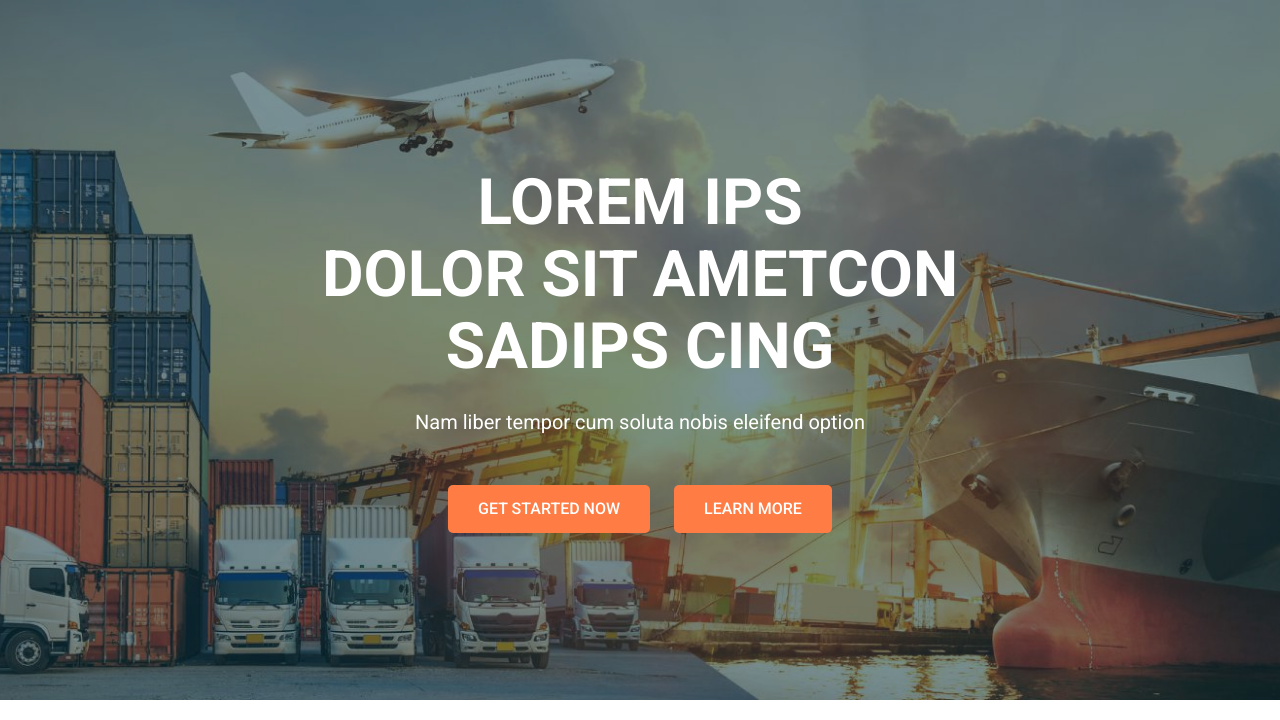
Repository: nazmulalok/shipping-template
Page: index.html
These files come from the project's save history. The page is drawn as it stood at one moment and after the next save; the edit follows.
The browser window is 1280 px wide. The pictures show the whole page.

Above is the page before, as saved 2022-10-03 01:47:47.

After the next save:
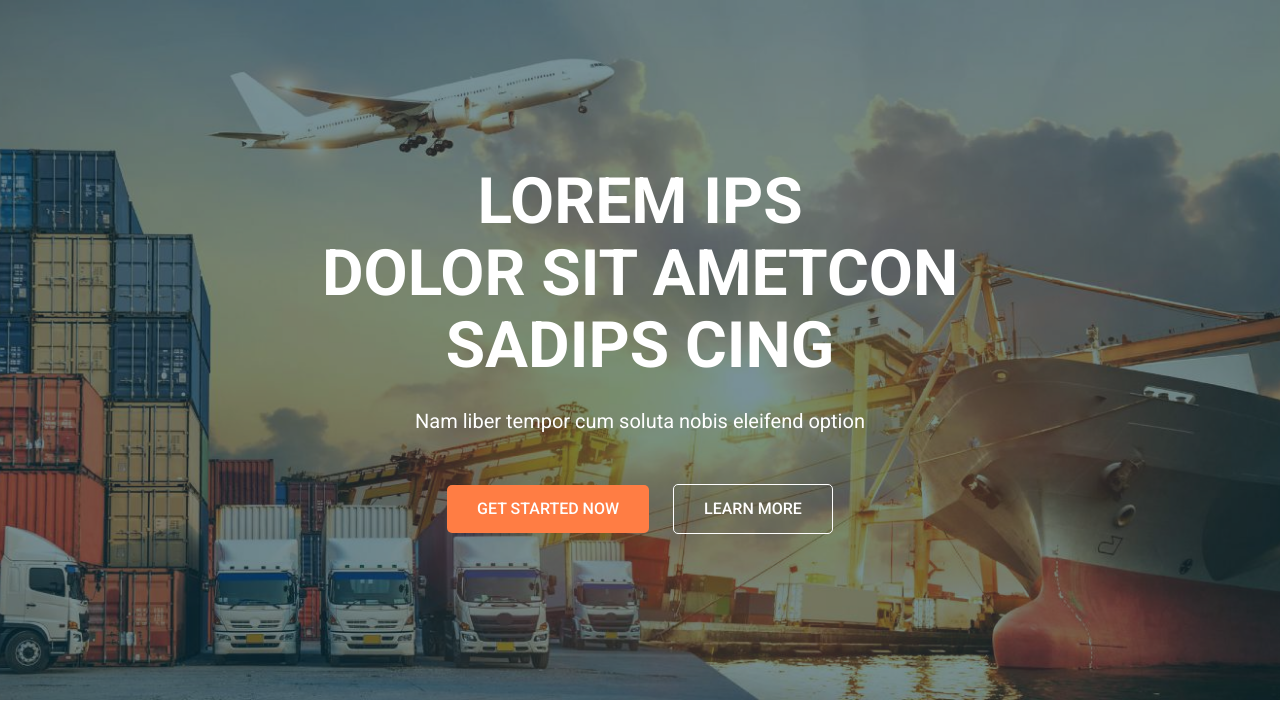
Saved 2 s later.
--- a/style.css
+++ b/style.css
@@ -73,3 +73,8 @@ a.common-btn {
     font-weight: 500;
     text-transform: uppercase;
 }
+
+.outline-btn {
+    background: transparent !important;
+    border: 1px solid var(--tertiary-color);
+}
